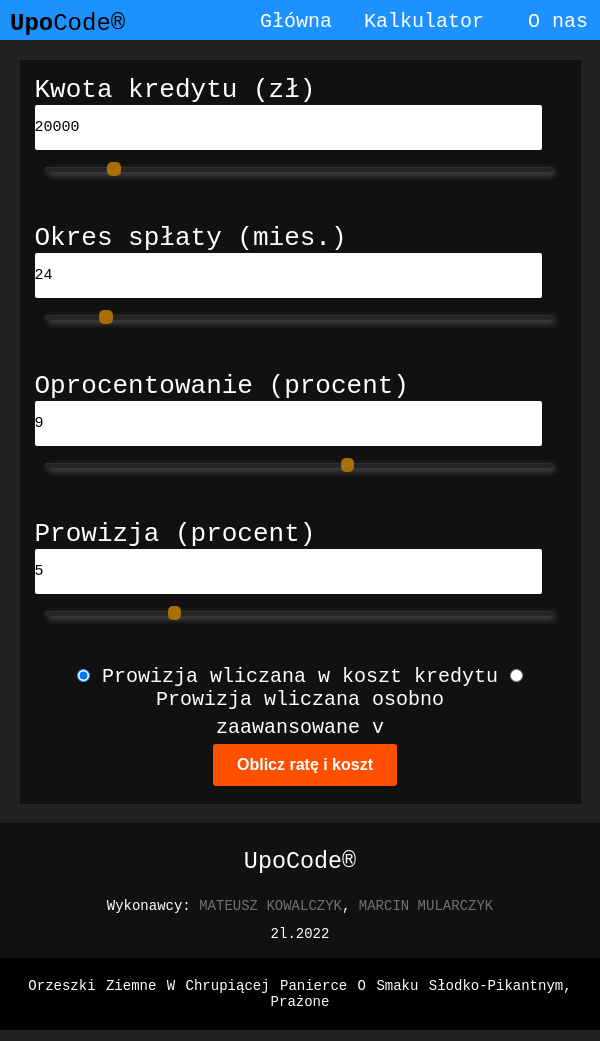
Repository: Klemingway/egzamin
Page: kalkulator.html
These files come from the project's save history. The page is drawn as it stood at one moment and after the next save; the edit follows.
The browser window is 600 px wide. The pictures show the whole page.

Above is the page before, as saved 2023-01-25 12:01:07.

### kalkulator.html
<!DOCTYPE html>
<html lang="pl">

<head>
    <meta charset="UTF-8">
    <meta http-equiv="X-UA-Compatible" content="IE=edge">
    <meta name="viewport" content="width=device-width, initial-scale=1.0">
    <link rel="stylesheet" href="style/styl.css">
    <link rel="shortcut icon" href="img/ikonna.png" type="image/x-icon">
    <script src="js/script.js"></script>
    <title>Bankowy</title>
</head>
<header>

    <div id="hod">
        <a style="text-decoration: none;color: white;" href="index.html">Główna</a>
        <a style="text-decoration: none;color: white;" href="kalkulator.html">Kalkulator</a> &puncsp;
        <div id="hod1"><a style="text-decoration: none; color: white;" href="bl.html">O nas</a></div>
    </div>
    <div id="hzd">
        <b>Upo</b>Code®
    </div>
</header>

<div id="gl">

    <div id="d1" class="d">
        Kwota kredytu (zł)
        <input type="text" name="kwota" pattern="[0-9]" id="kwota" class="wej" value="20000" onchange="document.getElementById('r1').value = this.value/1000"><br>
        <input type="range" min="1" max="150" value="20" id="r1" class="slider" oninput="document.getElementById('kwota').value = this.value*1000; ">
    </div>

    <div id="d2" class="d">
        Okres spłaty (mies.)
        <input type="text" name="splata" pattern="[0-9]" id="splata" class="wej" value="24" onchange="document.getElementById('r2').value = this.value"><br>
        <input type="range" min="12" max="120" value="24" id="r2" class="slider" oninput="document.getElementById('splata').value = this.value;">
    </div>


    <div id="d3" class="d">
        Oprocentowanie (procent)
        <input type="text" name="splata" pattern="[0-9]" id="oproc" class="wej" value="9" onchange="document.getElementById('r3').value = this.value*100"><br>
        <input type="range" min="1" max="1500" value="900" id="r3" class="slider" oninput="document.getElementById('oproc').value = this.value/100;">
    </div>

    <div id="d4" class="d">
        Prowizja (procent)
        <input type="text" name="prowiz" pattern="[0-9]" id="prowiz" class="wej" value="5" onchange="document.getElementById('r4').value = this.value"><br>
        <input type="range" min="0" max="20" value="5" id="r4" class="slider" oninput="document.getElementById('prowiz').value = this.value;">
    </div>

    <div id="d5">
        <label>
        <input type="radio" checked name="choice" value="wariant1" class="radio"> Prowizja wliczana w koszt kredytu
        </label>
        <label>
            <input type="radio" name="choice" value="wariant2" class="radio">
            Prowizja wliczana osobno
        </label>
    </div>
    <div id="d6">
        <a onclick="zaawansowane()" style="margin-bottom: 100px;">zaawansowane v</a>
    </div>
    <div id="d7">
        <input type="button" id="guzik" value="Oblicz ratę i koszt" onclick="test()">
    </div>
</div>
<!-- <div id="wyniki">

</div> -->



<footer>
    <div id="zawfoot">
        <h3>UpoCode®</h3>
        <p>Wykonawcy: <span>Mateusz Kowalczyk</span>, <span>Marcin Mularczyk</span><br>2l.2022</p>

    </div>
    <div class="dol">
        <p>Orzeszki ziemne w chrupiącej panierce o smaku słodko-pikantnym, prażone

        </p>
    </div>
</footer>

</body>

</html>

### style/styl.css
html,
body {
    padding: 0;
    margin: 0;
    font-family: monospace;
    background-color: #222222;
    overflow-x: hidden;
    min-height: 100%;
}

body::-webkit-scrollbar {
    width: 0.6em;
}

body::-webkit-scrollbar-track {
    -webkit-box-shadow: inset 0 0 6px rgba(0, 0, 0, 0.3);
}

body::-webkit-scrollbar-thumb {
    background-color: rgb(255, 136, 0);
}

body::-webkit-scrollbar-thumb:hover {
    background: rgba(255, 136, 0, 0.582);
}


/* header */

header {
    z-index: 5;
    text-decoration: none;
    padding-top: 0.5em;
    position: sticky;
    top: 0;
    height: 5vh;
    background-color: #1d92ff;
    width: 100vw;
    font-size: 20px;
}

#hzd {
    font-size: 1.2em;
    padding-left: 10px;
    background-color: #1d92ff;
}

#hod {
    float: right;
    word-spacing: 20px;
    margin-right: 2vw;
}

#hod1 {
    float: right;
    word-spacing: 0px;
}

#fw {
    position: relative;
    margin-top: 20px;
}


/* koniec headera */

#gl {
    padding-top: 1.5em;
    padding-left: 2em;
    padding-bottom: 2em;
    justify-content: center;
    background-color: #111111;
    color: white;
    margin: 1.5em;
    min-height: 20vh;
}


/* #d1 {
    background-color: aqua;
}

#d2 {
    background-color: brown;
}

#d3 {
    background-color: olive;
}

#d4 {
    background-color: orangered;
} */

#gll {
    background-color: #ff5000;
    width: 100%;
    height: auto;
    border: #ff5000 1px solid;
}

#d5 {
    font-size: 20px;
    padding-top: 5px;
    width: 100%;
    text-align: center;
    /* background-color: gold; */
}

#d6 {
    font-size: 20px;
    padding-top: 5px;
    width: 100%;
    text-align: center;
    /* background-color: rgb(0, 255, 115); */
}

#d7 {
    margin: 5px;
    display: flex;
    width: 100%;
    justify-content: center;
}

.d {
    word-wrap: break-word;
    font-size: 2em;
    padding: 2px;
    width: 50%;
    float: left;
    min-height: 13vh;
    padding-right: 4em;
}

#wyniki {
    min-height: 25em;
    margin-bottom: 3em;
}


/* wejscia wyjscia */

.wej {
    float: right;
    border-radius: 2px;
    outline: none;
    border: none;
    font-family: monospace;
    height: 3em;
    width: 9em;
    font-size: 15px;
}

.slider {
    margin: 10px;
    -webkit-appearance: none;
    outline: none;
    border-radius: 3px;
    height: 0.6vh;
    width: 21vw;
    background-color: rgb(37, 37, 37);
    box-shadow: 3px 3px 6px rgb(89, 88, 92), inset 1px 1px 1px #313131;
}

.slider::-webkit-slider-thumb {
    -webkit-appearance: none;
    width: 1em;
    height: 1em;
    cursor: pointer;
    background-color: rgb(168, 111, 5);
    overflow: visible;
    border-radius: 5px;
}

#guzik {
    display: inline-block;
    outline: none;
    cursor: pointer;
    font-weight: 600;
    border-radius: 3px;
    padding: 12px 24px;
    border: 0;
    color: #fff;
    background: #ff5000;
    line-height: 1.15;
    font-size: 16px;
}

#guzik:hover {
    transition: all .1s ease;
    box-shadow: 0 0 0 0 #fff, 0 0 0 3px #1d92ff;
}


/* footer */

footer {
    position: absolute;
    bottom: 0;
    width: 100%;
    left: 0;
    right: 0;
    background: #111;
    height: auto;
    width: 100vW;
    font-family: monospace;
    padding-top: 20px;
    color: white;
}

#zawfoot {
    display: flex;
    align-items: center;
    justify-content: center;
    flex-direction: column;
    text-align: center;
}

#zawfoot h3 {
    font-size: 1.8rem;
    font-weight: 400;
    text-transform: capitalize;
    line-height: 3rem;
}

#zawfoot p {
    max-width: 500px;
    margin: 10px auto;
    line-height: 28px;
    font-size: 14px;
}

* {
    margin: 0;
    padding: 0;
    box-sizing: border-box;
}

.dol {
    background: #000;
    width: 100vw;
    padding: 20px 0;
    text-align: center;
}

.dol p {
    font-size: 14px;
    word-spacing: 2px;
    text-transform: capitalize;
}

#zawfoot span {
    text-transform: uppercase;
    opacity: .4;
    font-weight: 200;
}


/* koniec footera */

@media (max-width: 650px) {
    .d {
        padding-right: 1em;
        width: 100%;
        padding-bottom: 0;
        margin-bottom: 1.5em;
    }
    .slider {
        width: 100%;
    }
    .wej {
        width: 100%;
    }
    #gl {
        padding: 1em;
    }
    footer {
        position: relative;
    }
    #d5 {
        text-align: center;
        line-break: auto;
    }
}

### js/script.js




function zaokrongl(variable) {
    return Math.round(variable * 100) / 100;
}
document.addEventListener('mouseup', function(e) {
    if(e.target.id == "dwd"){
        zamknij();
    }
    else if(e.target.id == "dwd2"){
        zamknij1();
    }
});
function tableCreate2(splata, k, oprocentowanie, kwota, rata, prowizja, kwota_dodana) {
    console.log("kwota: " + kwota);
    //tu sie dzieje magia sztańska i wgl ale no uwu
    var a = document.getElementById("wyniki2");
    // czyszczenie diva
    a.innerHTML = '';
    //ustawiamy sobie stałą
    const wyniki = document.a,
    // do tej stałej tworzymy element div
    div = document.createElement('div');
    // ustawiamy id diva jako tabela
    div.setAttribute("id", "tabela");
    //tworzymy tabele
    tbl = document.createElement('table');
    // dopisujemy tabele do diva
    div.appendChild(tbl);
    tbl.style.width = '110px';
    tbl.style.border = '1px solid black';

    var odsetki = 0,   suma_odsetek = 0,    suma = 0;
    var kapital = 0,   suma = 0,            kwota_kredytu=0;

    var element1 = document.getElementById('advanced2');
    var choice2 = document.getElementsByName('choice2');
    if(element1!==null && choice2[1].checked==true){
        kwota_kredytu= kwota - kwota_dodana;
        console.log("kwota+kredytu: " + kwota_kredytu)
    }
    else{
        kwota_kredytu = kwota;
        console.log("kwota+kredytu: " + kwota_kredytu)
    }
    // prosta pętla myśle że nic nie trzeba tłumaczyć
    loop1:
    for (let i = 0; i <= splata; i++) {
        const tr = tbl.insertRow();
        loop2:
        for (let j = 0; j < 4; j++) {
            odsetki = (oprocentowanie / k) * kwota_kredytu;


            kapital = rata - odsetki;
            const td = tr.insertCell();
            if (i == 0 && j == 0) {
                td.appendChild(document.createTextNode("L.p."));
                td.style.fontSize = '20px';
            } else if (i == 0 && j == 1) {
                td.appendChild(document.createTextNode("Odsetki"));
                td.style.fontSize = '20px';
            } else if (i == 0 && j == 2) {
                td.appendChild(document.createTextNode("Kapitał"));
                td.style.fontSize = '20px';
            } else if (i == 0 && j == 3) {
                td.appendChild(document.createTextNode("Wysokość raty"));
                td.style.fontSize = '20px';
            }
            if (j == 0 && i != 0) {
                if(kapital>=rata){
                    break loop1;
                }
                td.appendChild(document.createTextNode(i));
            } else if (j == 1 && i != 0) {
                suma_odsetek += odsetki;
                td.appendChild(document.createTextNode(zaokrongl(odsetki)));
            } else if (j == 2 && i != 0) {
                kwota_kredytu -= kapital;
                td.appendChild(document.createTextNode(zaokrongl(kapital)));
            } else if (j == 3 && i != 0) {
                suma += rata;
                td.appendChild(document.createTextNode(rata));
            }
            td.style.border = '1px solid black';

        }
    }
    console.log("Suma: "+suma)
    console.log("Suma odsetek: "+suma_odsetek)
    a.appendChild(div);
}
function obliczanie(I,N,oprocentowanie,choice,n,zaplata,prowizja,suma,k,kwota_dodana){
    var choice2 = document.getElementsByName('choice2');

        // jeżeli wybrane żeby Prowizja wliczana w koszt kredytu to wtedy to się liczy
        if (choice[0].checked == true) {
            prowizja = (document.getElementById("prowiz").value) / 100;

            prowizja = prowizja * N;
            // doliczamy prowizję do kwoty kredytu
            N = N * 1 + prowizja;

            // jeżeli okres spłaty wynosi mniej niż 12 miesięcy to analogicznie w roku
            // zapłacimy równowartość tego okresu bo w roku mamy max 12 rat
            k = 12;
            if (n < 12) {
                k = n;
            }
            for (var i = 1; i <= n; i++) {
                // no to tutaj przepisany wzór z matematycznego na kodowanie
                suma += Math.pow((1 + (oprocentowanie / k)), -i);
            }
            // tutaj jest licznik podzielony przez mianownik
            I = N / suma;
            // mnożymy naszą ratę razy ilość rat aby otrzymać ile będziemy musieli oddać bankowi
            zaplata = I * n;
            console.log("N: " + N)

            tableCreate2(n, k, oprocentowanie, N, zaokrongl(I), prowizja,kwota_dodana)
            document.getElementById("wyniki").innerHTML = "Wysokość raty: " + zaokrongl(I) + "<br>" +
                "Całkowita kwota do spłaty: " + zaokrongl(zaplata);

        // jeżeli wybrane żeby Prowizja wliczana osobno to wtedy to się liczy
        } else if (choice[1].checked == true) {
            prowizja = (document.getElementById("prowiz").value) / 100;
            prowizja = prowizja * N;
            // jeżeli okres spłaty wynosi mniej niż 12 miesięcy to analogicznie w roku zapłacimy równowartość tego okresu bo w roku mamy max 12 rat
            k = 12;
            if (n < 12) {
                k = n;
            }
            for (var i = 1; i <= n; i++) {
                // no to tutaj przepisany wzór z matematycznego na kodowanie
                suma += Math.pow((1 + (oprocentowanie / k)), -i);
            }
            // tutaj jest licznik podzielony przez mianownik
            I = N / suma;
            // mnożymy naszą ratę razy ilość rat aby otrzymać ile będziemy musieli oddać bankowi
            zaplata = I * n;
            // doliczamy prowizję po wszystkich obliczeniach
            zaplata = zaplata + prowizja;
            console.log("N: " + N)
            tableCreate2(n, k, oprocentowanie, N, zaokrongl(I), prowizja,kwota_dodana)
            document.getElementById("wyniki").innerHTML = "Wysokość raty: " + zaokrongl(I) + "<br>" +
                "Całkowita kwota do spłaty: " + zaokrongl(zaplata);
        }
        else{
            console.log("wda")
        }
        document.getElementById("dwd").style.backdropFilter = "blur(7px)";
        document.getElementById("wyniki").innerHTML += "<br><input type=\"button\" id='guzior1' onclick=\"pokaz()\" value=\"pokaż harmonogram rat\">";

}
function test() {
    document.getElementById("wyniki").style.visibility = "visible"; // a to to nwm pan mularczyk robił
    var I, N, oprocentowanie, k, n, suma = 0, zaplata, prowizja = 0;

    N = document.getElementById("kwota").value; // kwota kredytu
    oprocentowanie = document.getElementById("oproc").value/100; // oprocentowanie kredytu
    n = document.getElementById("splata").value; // okres splaty

    var choice = document.getElementsByName('choice');

    //////////////////////////////////////
    //                                  //
    // sprawdzenie czy jest rozwinięte  //
    //                                  //
    //////////////////////////////////////

    var element1 = document.getElementById('advanced2');
    var element2 = document.getElementById('advanced2');
    if(element1 !== null  && element2 !== null){
        var kwota_dodana = document.getElementById("kwotaDodana").value;
        var choice2 = document.getElementsByName('choice2'); // zaawansowane
        if(choice2[0].checked == true){
            console.log(kwota_dodana + "  " + "tyle samo rat ale mniejsza cena")
            //////////////////////////////////////////
            //                                      //
            //    tyle samo rat ale mniejsza cena   //
            //                                      //
            //////////////////////////////////////////
            N -= kwota_dodana;
            console.log("Nigger: " + N)
            obliczanie(I,N,oprocentowanie,choice,n,zaplata,prowizja,suma,k,kwota_dodana);

        }
        if(choice2[1].checked == true){
            console.log(kwota_dodana + "  " + "Mniej rat, po tej samej cenie raty")
            //////////////////////////////////////////
            //                                      //
            //  Mniej rat, po tej samej cenie raty  //
            //                                      //
            //////////////////////////////////////////


            obliczanie(I,N,oprocentowanie,choice,n,zaplata,prowizja,suma,k,kwota_dodana);
        }


    }
    else{
        obliczanie(I,N,oprocentowanie,choice,n,zaplata,prowizja,suma,k);
    }

}

function pokaz() {
    document.getElementById("dwd").style.visibility = "visible";
}

function zamknij() {
    document.getElementById("dwd").style.visibility = "hidden";
}
function pokaz1() {
    document.getElementById("dwd2").style.backdropFilter = "blur(7px)";
    document.getElementById("dwd2").style.visibility = "visible";
}

function zamknij1() {
    document.getElementById("dwd2").style.visibility = "hidden";
}

function zaawansowane(){
    var element = document.getElementById('advanced2');
    if(element === null){
        var a = document.getElementById("tabelka");
        const wyniki = document.a,
        /////////////////////////////////////////
        //                                     //
        //          input text kwata           //
        //                                     //
        /////////////////////////////////////////
        trA = document.createElement('tr');
        trA.setAttribute("id","advancedText");
        trA.setAttribute('style','position:relative; padding-top:200px; height:40px;')


        tdA = document.createElement('td');
        tdB = document.createElement('td');

        inputA = document.createElement('input');
        inputA.setAttribute('type','text');
        inputA.setAttribute('id','kwotaDodana');

        tdA.innerHTML += "Kwota dołożona";
        tdB.appendChild(inputA);
        trA.appendChild(tdA);
        trA.appendChild(tdB);
        a.appendChild(trA);

        tdA = document.createElement('td');
        tdB = document.createElement('td');

        inputA = document.createElement('input');
        inputA.setAttribute('type','text');
        inputA.setAttribute('id','ubezpieczenie');

        tdA.innerHTML += "Ubezpieczenie";
        tdB.appendChild(inputA);
        trA.appendChild(tdA);
        trA.appendChild(tdB);

        //a.appendChild(trB);
        a.appendChild(trA);

        /////////////////////////////////////////
        //                                     //
        //            inputy radio             //
        //                                     //
        /////////////////////////////////////////

        tr2 = document.createElement('tr');
        tr2.setAttribute("id", "advanced2");
        td1 = document.createElement('td');
        td1.setAttribute("colspan", "2");
        td1.setAttribute('style','text-align:center;');
        //style="text-align: center;"
        br = document.createElement('br');

        label1 = document.createElement('label');
        input1 = document.createElement('input');
        input1.setAttribute('type','radio');
        input1.setAttribute('name','choice2');
        input1.setAttribute('class','radio');
        input1.setAttribute('value','rat_mniej');

        label1.appendChild(input1);
        label1.innerHTML += ' Raty pozostają takie same, ale mniej';

        td2 = document.createElement('td');
        td2.setAttribute("colspan", "2");
        td2.setAttribute('style','text-align:center;');
        label2 = document.createElement('label');
        input2 = document.createElement('input');
        input2.setAttribute('type','radio');
        input2.setAttribute('name','choice2');
        input2.setAttribute('class','radio');
        input2.setAttribute('value','rat_tyle_samo');


        label2.appendChild(input2);
        label2.innerHTML += ' Mniejsza rata na taki sam okres czasu';


        td1.appendChild(br);
        td1.appendChild(label1);

        td2.appendChild(br);
        td2.appendChild(label2);

        tr2.appendChild(td2);
        tr2.appendChild(td1);

        a.appendChild(tr2);

        clicked = false;
    }
    else{
        var elem = document.getElementById("advanced2");
        elem.parentNode.removeChild(elem);
        elem = document.getElementById("advancedText");
        elem.parentNode.removeChild(elem);
    }
}

After the next save:
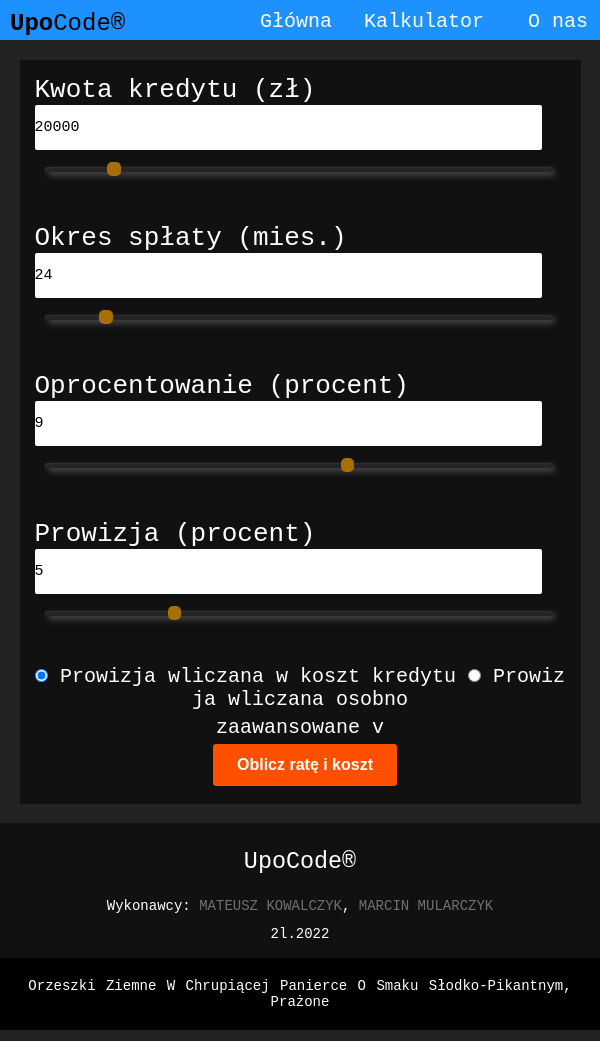
Saved 7 s later.
--- a/style/styl.css
+++ b/style/styl.css
@@ -279,6 +279,6 @@
     }
     #d5 {
         text-align: center;
-        line-break: auto;
-    }
-}
+        line-break: anywhere;
+    }
+}

After the save that followed:
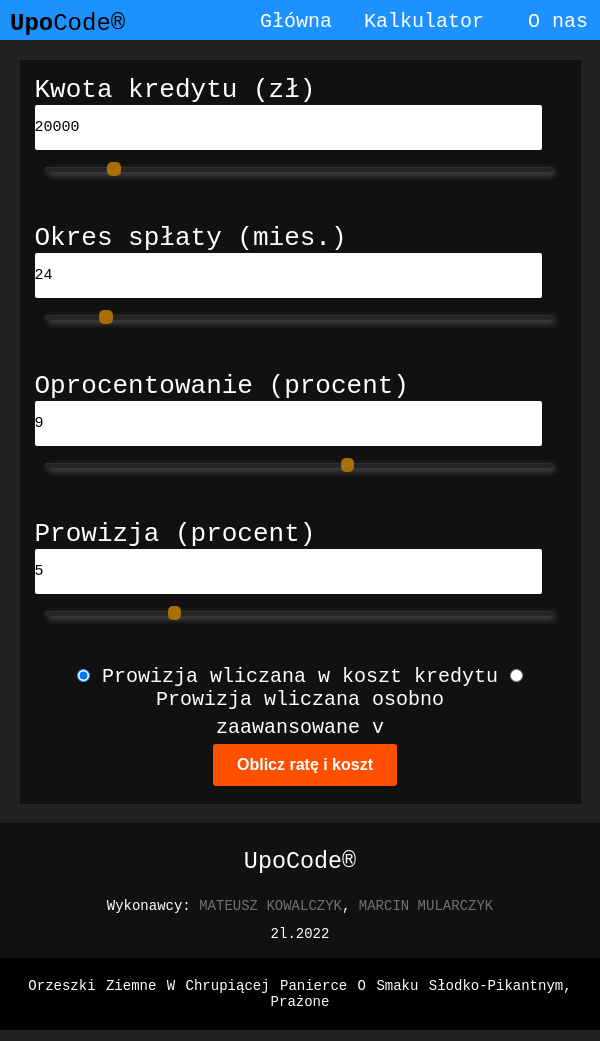
Saved 6 s later.
--- a/style/styl.css
+++ b/style/styl.css
@@ -279,6 +279,5 @@
     }
     #d5 {
         text-align: center;
-        line-break: anywhere;
-    }
-}
+    }
+}
